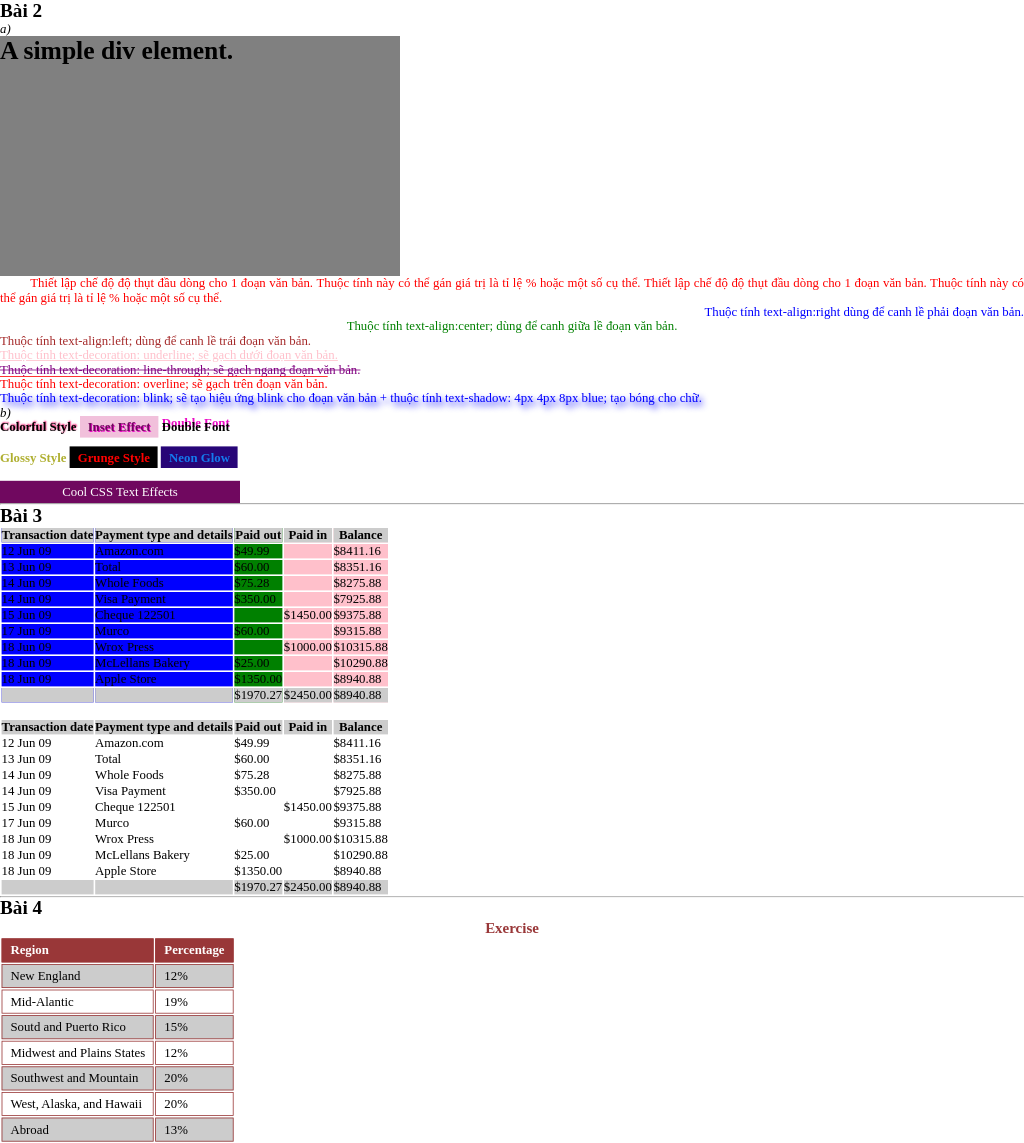
Repository: hoangnguyen1903/STT_21084321_NguyenHuyHoang_DHKHMT17B
Page: html/index.html
An editor plug-in stored every save of this project. The page is shown before and after the next save, followed by the edit.
The browser window is 1280 px wide. The pictures show the whole page, at 80% of full size.

Above is the page before, as saved 2023-03-02 14:45:01.

After the next save:
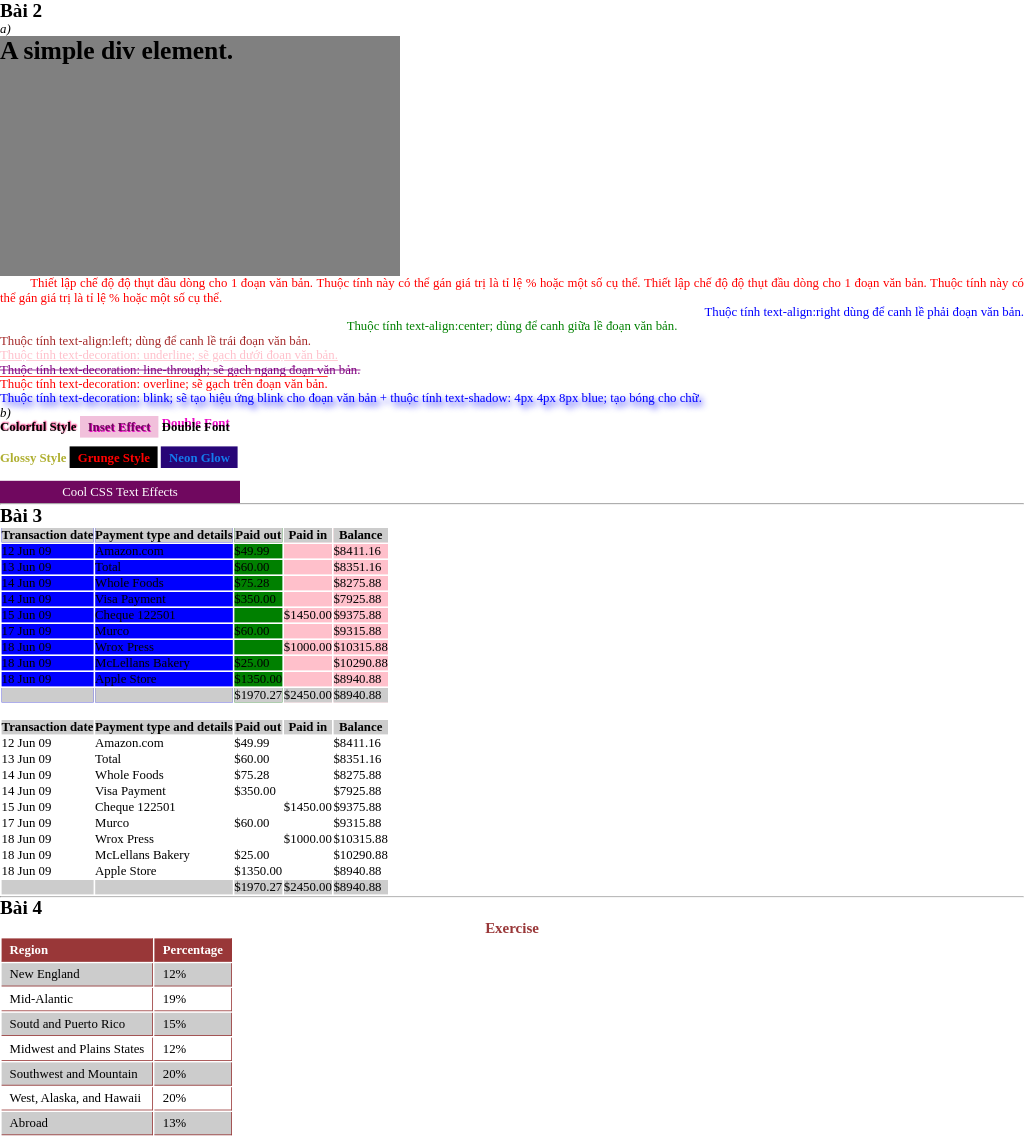
Saved 12 s later.
--- a/html/index.html
+++ b/html/index.html
@@ -34,8 +34,6 @@
         color: black;
         background-color: #ccc;
         text-align: left;
-        /* border-bottom: 1px solid #993738;
-        border-right: 1px solid #993738; */
       }
       #bai4 > table > tbody > tr:nth-child(even) {
         color: black;
@@ -44,7 +42,8 @@
 
       #bai4 > table > thead > tr > th,
       #bai4 > table > tbody > tr > td {
-        border: 1px solid #993738;
+        border-bottom: 1px solid #993738;
+        border-right: 1px solid #993738;
         padding: 5px 10px;
       }
     </style>

After the save that followed:
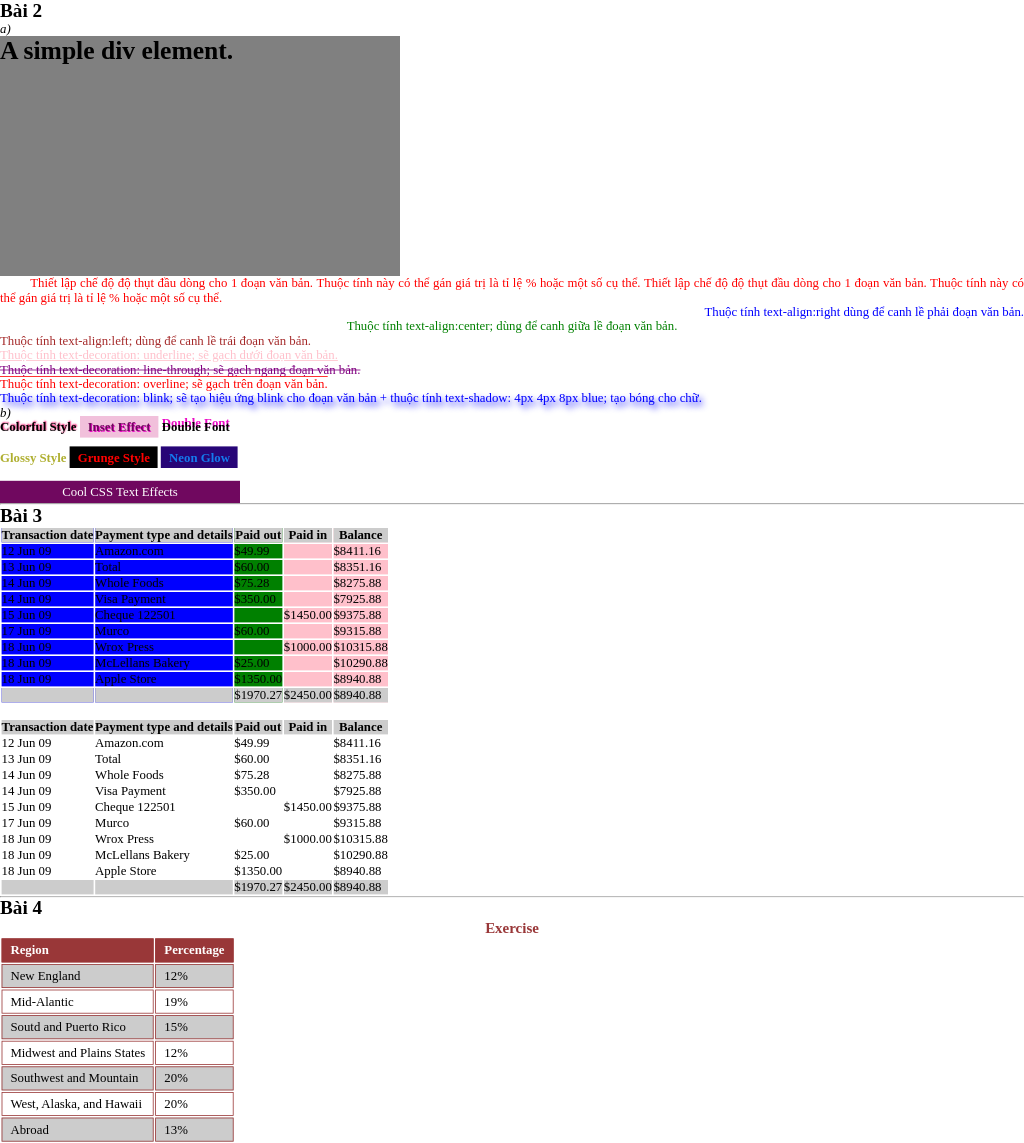
Saved 17 s later.
--- a/html/index.html
+++ b/html/index.html
@@ -42,8 +42,8 @@
 
       #bai4 > table > thead > tr > th,
       #bai4 > table > tbody > tr > td {
-        border-bottom: 1px solid #993738;
-        border-right: 1px solid #993738;
+        border: 1px solid #993738;
+        /* border-right: 1px solid #993738; */
         padding: 5px 10px;
       }
     </style>
